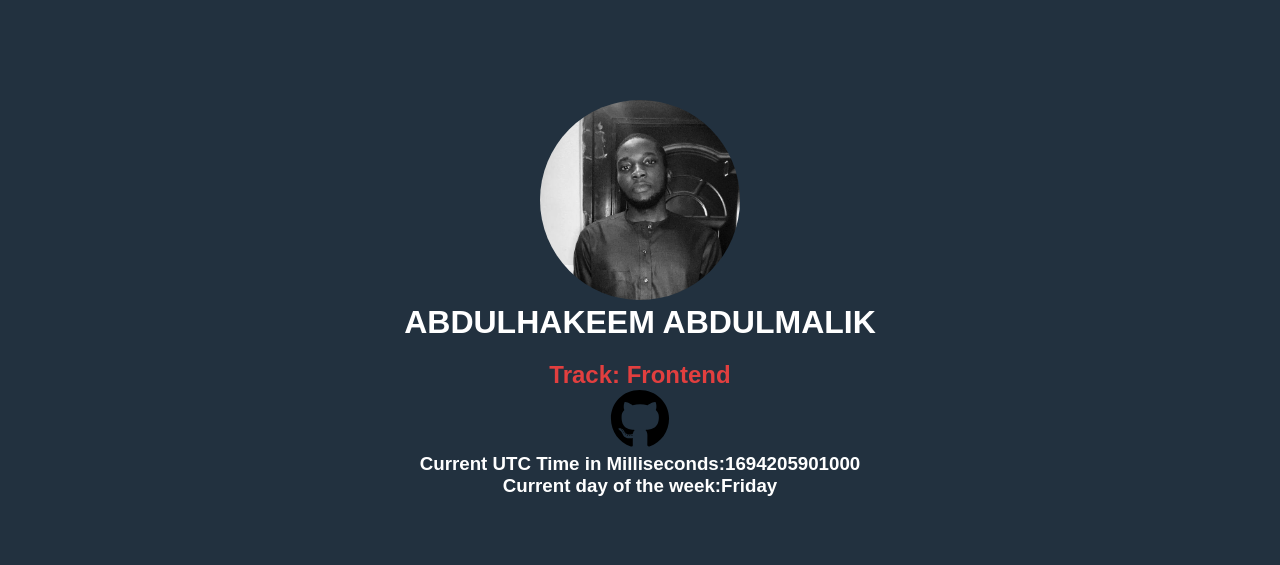
Repository: malikhakeem/HNG-TASK
Page: HNG-TASK1.html
The author's editor kept a copy of each file at every save. The page is drawn from the files as they stood at one save, then again after the next save.
The browser window is 1280 px wide. The pictures show the whole page.

Above is the page before, as saved 2023-09-08 23:18:09.

### HNG-TASK1.html
<!DOCTYPE html>
<html lang="en">

<head>
    <meta charset="UTF-8">
    <meta name="viewport" content="width=device-width, initial-scale=1.0">
    <link rel="stylesheet" href="./HNG-TASK!.css">

    <title>HNG</title>
    <script src="./HNG-TASK.js"></script>
</head>

<body>


    <div class="body">
        <div class="nav">
            <div class="nav-left"><img data-testId="slackDisplayImage" class="profile-pic" src="./pic/kim.jpg"
                    alt="Malik" /></div>
            <div class="nav-mid">
                <div class="slack-name">
                    <h1>ABDULHAKEEM ABDULMALIK</h1>
                </div>
                <div class="track">
                    <h2 data-testId="myTrack">Track: Frontend</h2>
                </div>
            </div>
            <div class="nav-right">
                <a data-testId="githubURL" href="link address"><img src="./pic//github.svg" width="60" height="60"></a>
            </div>


        </div>

        <div class="task">

            <div class="time">

            </div>
            <div class="date">

            </div>

        </div>
    </div>



    <script>
        const time = document.getElementsByClassName("time");
        time[0].innerHTML = "<h3>Current UTC Time in Milliseconds:" + currentTimeMillis + "</h3>";
    </script>
    <script>
        const date = document.getElementsByClassName("date");
        date[0].innerHTML = "<h3>Current day of the week:" + weekday + "</h3>";
    </script>
</body>

</html>

### HNG-TASK!.css
*{
    padding:0px;
    margin:0px;

}

.profile-pic{
    width:200px;
    height:200px;
    border-radius: 50%;
}
.nav{
    /* display:flex;

    justify-content: space-between;
    padding: 150px 100px 0px 100px; */
}

.nav-right{
   /* padding-top: 130px 0px 30px 0px; */
}

.body{
    display: flex;
    display: block;
    text-align: center;
}
.track{
    padding-top: 20px;
    color:rgb(226, 63, 63);
}

body{
    padding:100px 0px 0px 0px;
    color:white;
    display:flex;
 justify-content: center;
   font-family: sans-serif;
 background: #22313f;
}

### HNG-TASK.js




    let currentTime = new Date();
    let currentTimeMillis = currentTime.getTime();
    let currentUTCTime = currentTime.toUTCString();

    console.log("Current time in milliseconds: " + currentTimeMillis);
    console.log("Current time in UTC: " + currentUTCTime);


//  setInterval(updateTime, 1000); // Run updateTime() every second


var dateObj = new Date()
var weekday = dateObj.toLocaleString("default", { weekday: "long" })
// weekday = "Saturday"

After the next save:
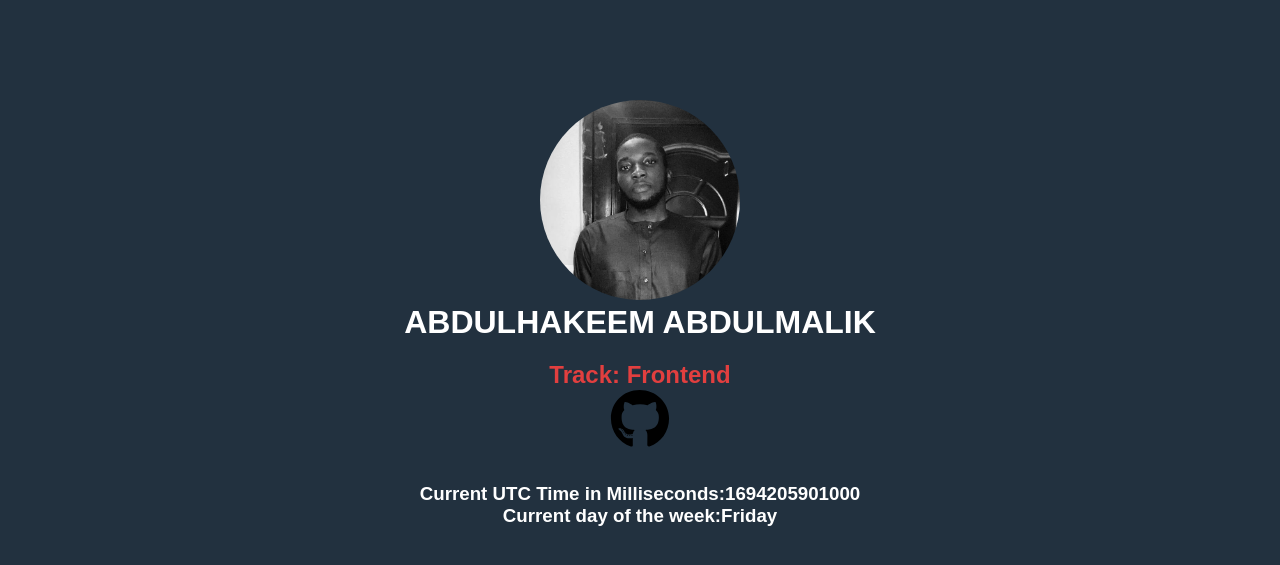
Saved 37 s later.
--- a/HNG-TASK!.css
+++ b/HNG-TASK!.css
@@ -16,9 +16,9 @@
     padding: 150px 100px 0px 100px; */
 }
 
-.nav-right{
-   /* padding-top: 130px 0px 30px 0px; */
-}
+.task{
+
+padding-top: 30px;}
 
 .body{
     display: flex;
